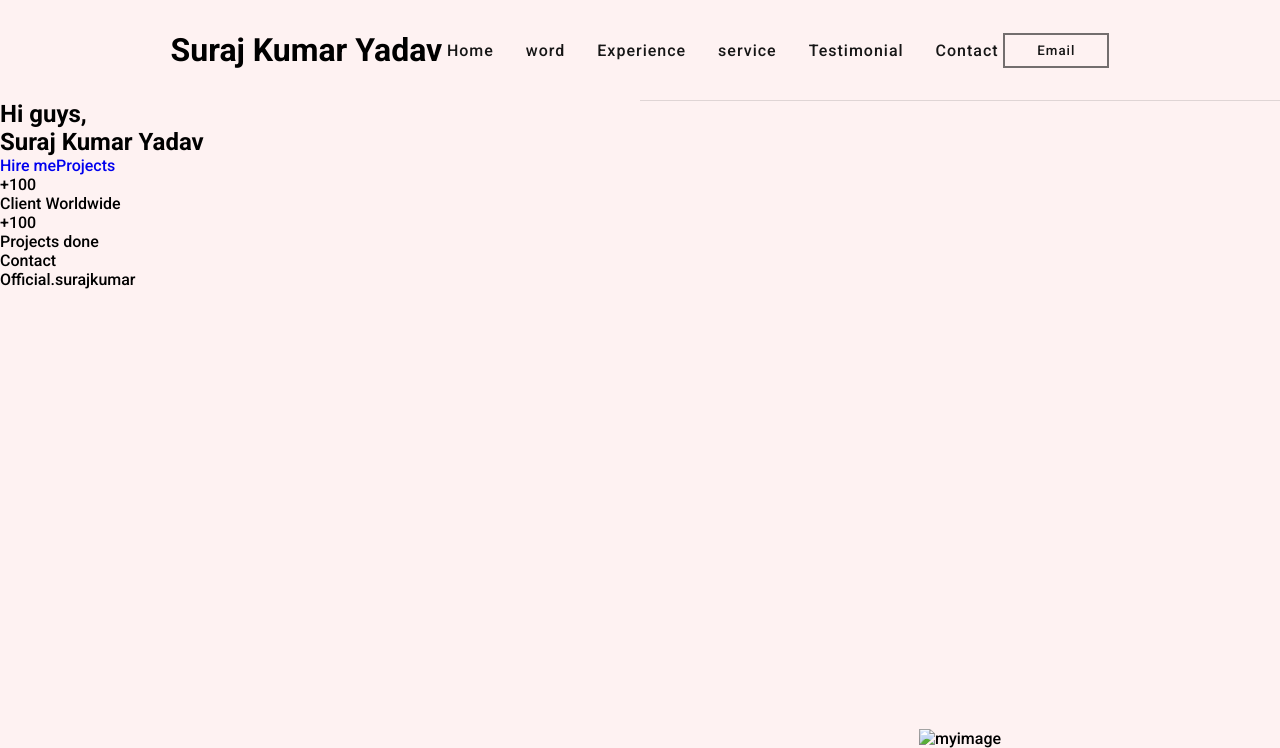
Repository: suraj-yadav7/portfolio-reactjs
Page: /
The author's editor kept a copy of each file at every save. The page is drawn from the files as they stood at one save, then again after the next save.
The browser window is 1280 px wide. The pictures show the whole page.
The project was rebuilt for these pictures with package versions that can differ from the ones it lists, and the page was loaded fresh each time.

Above is the page before, as saved 2023-04-04 19:31:06.

After the next save:
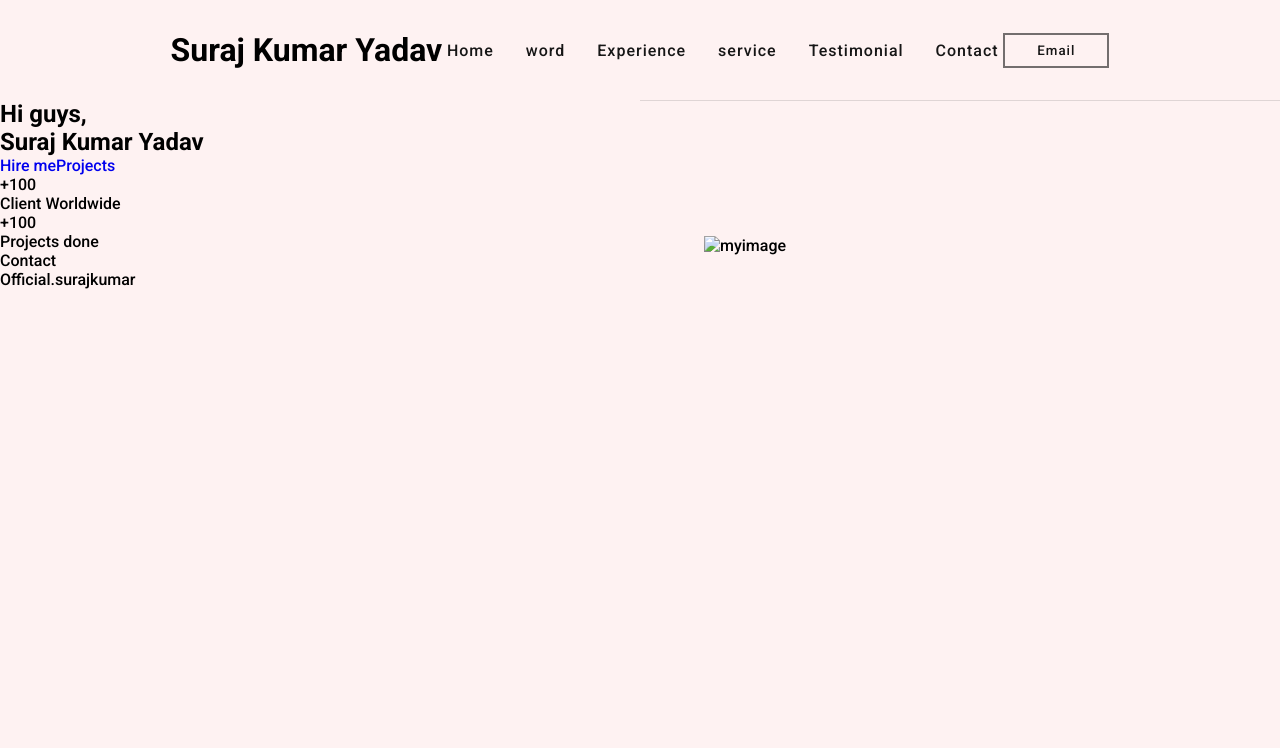
Saved 35 s later.
--- a/src/styles/home.scss
+++ b/src/styles/home.scss
@@ -17,6 +17,11 @@
         justify-content: flex-end;
         align-items: center;
         overflow-x: hidden;
+
+        >img{
+            width:40vmax;
+            height: 40vmax;
+        }
     }
     }
 }
